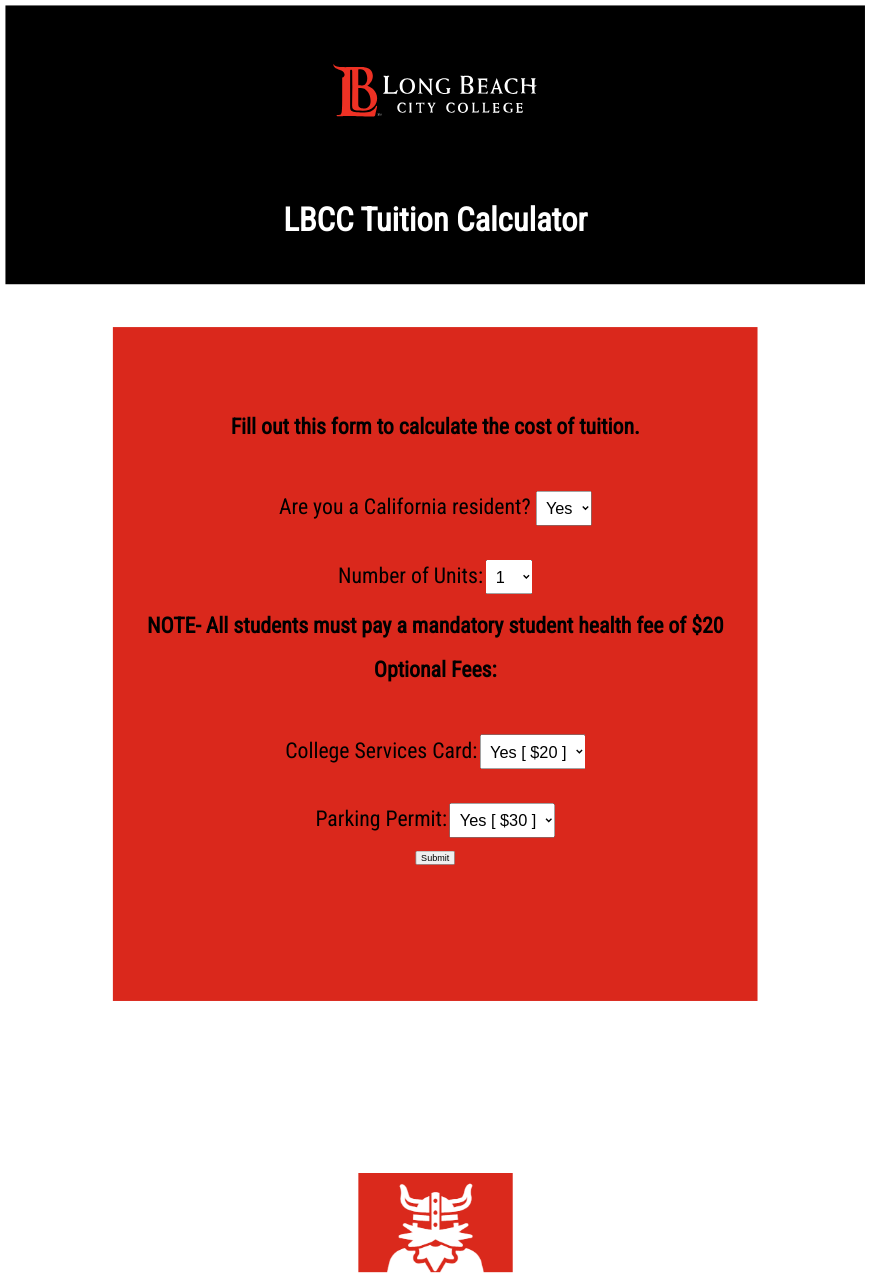
Repository: ryanaanderson0/COSW30
Page: Homework/Homework3/tuition.html
The author's editor kept a record of every edit. The page is drawn from the files as they stood at one moment, then again after the next edit.
The browser window is 1280 px wide. The pictures show the whole page, at 68% of full size.

Above is the page before.

### Homework/Homework3/tuition.html
<!DOCTYPE html>
</html>
<meta charset="utf-8">
<head>
    <title> Homework 3: Tuition Calculator</title>
    <link href="https://fonts.googleapis.com/css?family=Roboto+Condensed&display=swap" rel="stylesheet">
    <style>
        body {
            font-family: 'Roboto Condensed', sans-serif;
            text-align: center;
        }

        h1{
            font-size: 3em;
        }

        #header-white{
            color: white;
        }

        .header{
            background-color: black;
            padding-bottom: 10px;
            margin-bottom:  5%;
            height: 400px;
        }

        form{
            background-color: #DA281C;
            width: 75%;
            padding-top: 100px;
            padding-bottom: 200px;
            margin: 20px auto 20% auto;

        }

        h2, label{
            font-size: 2em;
        }

        .option{
            padding: 10px;
            margin-top: 50px;
            font-size: 1.5em;
        }

    </style>
</head>
<body>
    <div class="header">
        <img src="logo.svg" height="250" width="300" alt="LBCC logo"></img>
        <h1 id="header-white">LBCC Tuition Calculator</h1>
    </div>

    <form method="POST" action="process_tuition.php">

    <h2> Fill out this form to calculate the cost of tuition.</h2>

    <!--Resident or non-resident-->

    <label>Are you a California resident? </label>
        <select id="resident" name="resident" class="option"><br>
            <option value="46"> Yes </option>
            <option value="265"> No </option>
        </select> <br>

  <!--# of unit dropdown form  -->

        <label> Number of Units:</label>
        <select id="units" name="units" class="option" required>
            <option value="1" name="units[]"> 1 </option> <br>
            <option value="2" name="units[]"> 2 </option> <br>
            <option value="3" name="units[]"> 3 </option> <br>
            <option value="4" name="units[]"> 4 </option> <br>
            <option value="5" name="units[]"> 5 </option> <br>
            <option value="6" name="units[]"> 6 </option> <br>
            <option value="7" name="units[]"> 7 </option> <br>
            <option value="8" name="units[]"> 8 </option> <br>
            <option value="9" name="units[]"> 9 </option> <br>
            <option value="10" name="units[]"> 10 </option> <br>
            <option value="11" name="units[]"> 11 </option> <br>
            <option value="12" name="units[]"> 12 </option> <br>
            <option value="13" name="units[]"> 13 </option> <br>
            <option value="14" name="units[]"> 14 </option> <br>
            <option value="15" name="units[]"> 15 </option> <br>
            <option value="16" name="units[]"> 16 </option> <br>
            <option value="17" name="units[]"> 17 </option> <br>
            <option value="18" name="units[]"> 18 </option> <br>
            <option value="19" name="units[]"> 19 </option> <br>
            <option value="20" name="units[]"> 20 </option> <br>
            <option value="21" name="units[]"> 21 </option> <br>
        </select><br>

        <!--Mandatory fee -->

        <h2> NOTE- All students must pay a mandatory student health fee of $20<h2>

        <!--Optional Fees-->

        <h2> Optional Fees:</h2>

        <!--College Services Card-->

        <label>College Services Card:</label>
        <select id="services_card" name="services_card" class="option"><br>
            <option value="20"> Yes [ $20 ]</option>
            <option value="0"> No [ $0 ]</option>
        </select> <br>

        <!--Parking Permit-->

        <label>Parking Permit:</label>
        <select id="parking_permit" name="parking_permit" class="option"><br>
            <option value="30" name="parking_permit"> Yes [ $30 ]</option>
            <option value="0" name="parking_permit"> No [ $0 ]</option>
        </select> <br>
        <br>
        <button> Submit </button>


    </form>

    <img src="viking.PNG" alt="red and white viking image" id="viking"></img>

</body>
</html>

After the next edit:
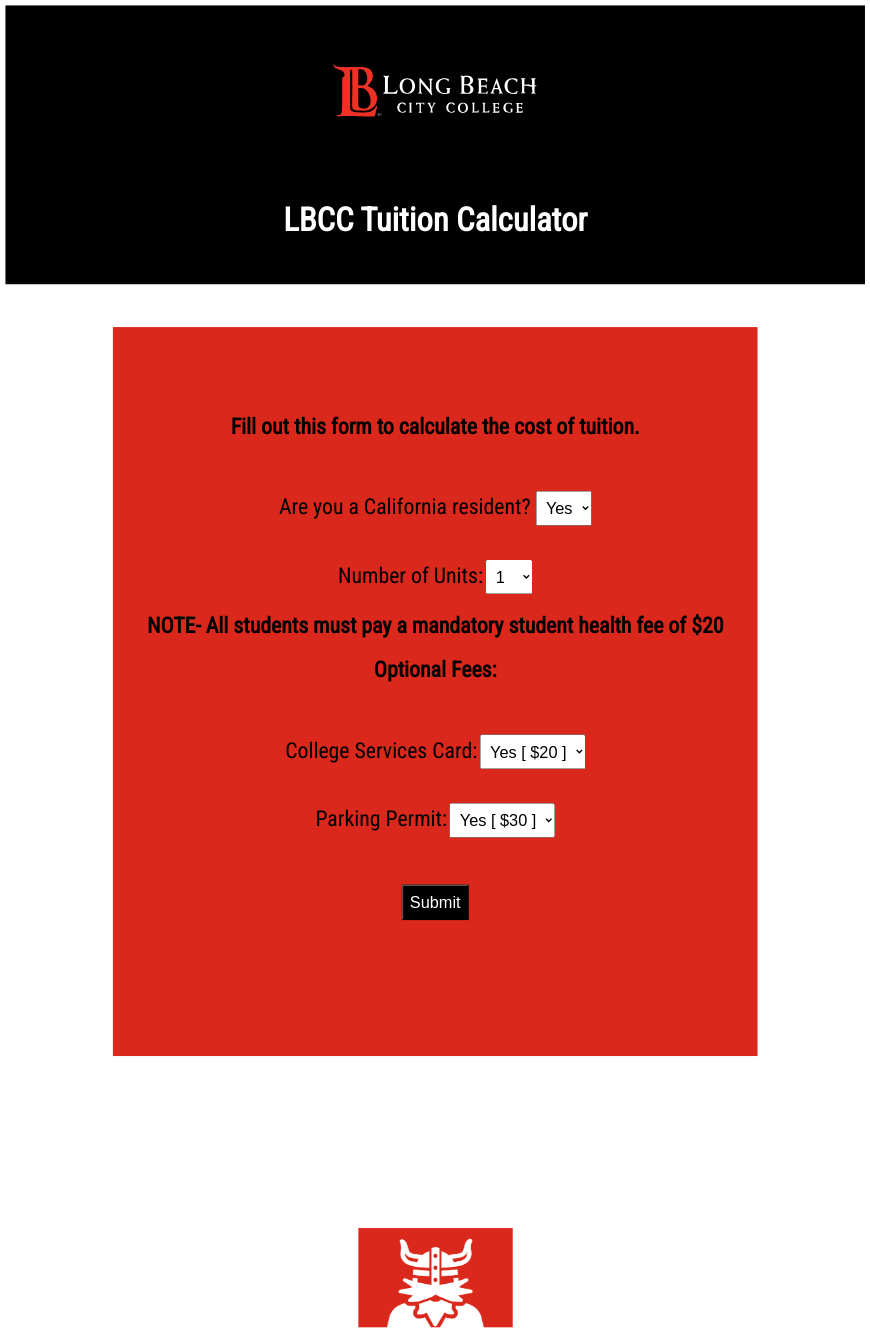
The edit:
--- a/Homework/Homework3/tuition.html
+++ b/Homework/Homework3/tuition.html
@@ -44,6 +44,13 @@
             font-size: 1.5em;
         }
 
+        button{
+            font-size: 1.5em;
+            background-color: black;
+            color: white;
+            padding: 10px;
+            margin-top: 50px;
+        }
     </style>
 </head>
 <body>
